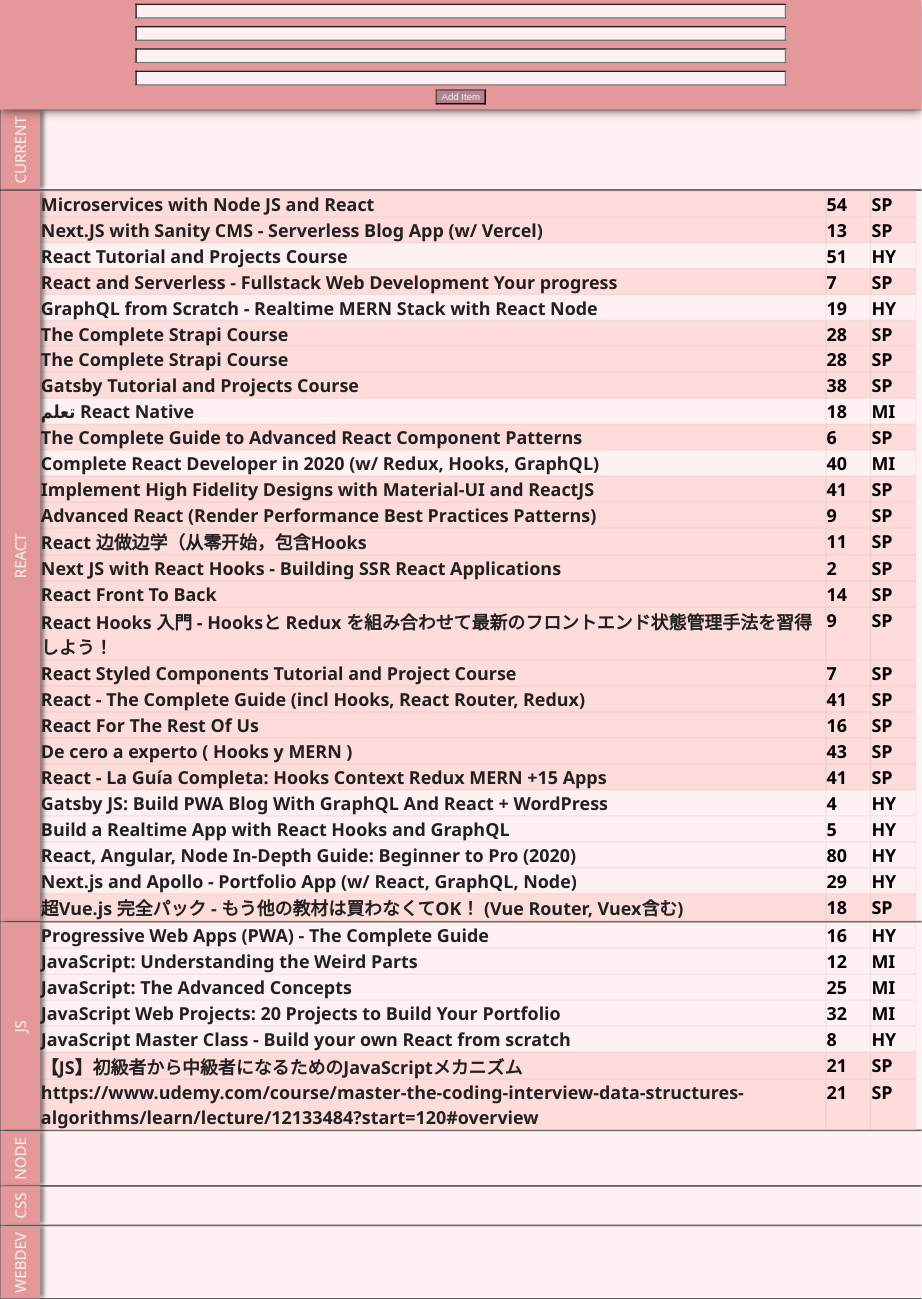
Repository: ClementLight/plan
Page: codicrs.html
These files come from the project's save history. The page is drawn as it stood at one moment and after the next save; the edit follows.
The browser window is 1280 px wide. The pictures show the whole page, at 72% of full size.

Above is the page before, as saved 2020-09-01 14:23:35.

After the next save:
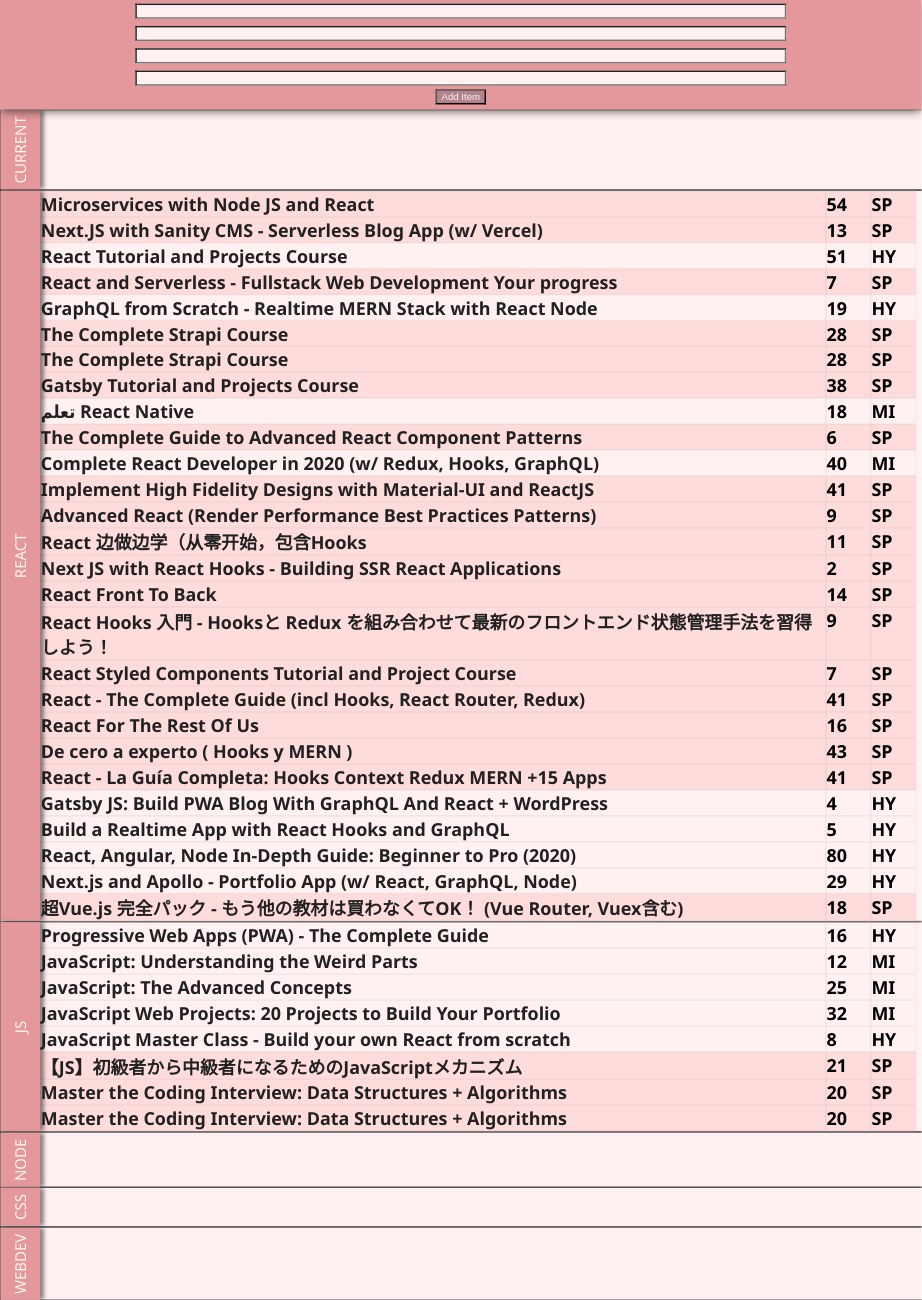
Saved 15 s later.
--- a/jsondata.js
+++ b/jsondata.js
@@ -337,9 +337,18 @@
     id: "34",
     subject: "Javascript",
     tags: "Javascript",
-    hours: 21,
-    account: "SP",
-    title: "https://www.udemy.com/course/master-the-coding-interview-data-structures-algorithms/learn/lecture/12133484?start=120#overview",
+    hours: 20,
+    account: "SP",
+    title: "Master the Coding Interview: Data Structures + Algorithms",
     url: "https://www.udemy.com/course/master-the-coding-interview-data-structures-algorithms/learn/lecture/12133484?start=120#overview",
   },
+  {
+    id: "35",
+    subject: "Javascript",
+    tags: "Javascript",
+    hours: 20,
+    account: "SP",
+    title: "Master the Coding Interview: Data Structures + Algorithms",
+    url: "https://www.udemy.com/course/master-the-coding-interview-data-structures-algorithms/learn/lecture/12133484?start=120#overview",
+  },
 ]
